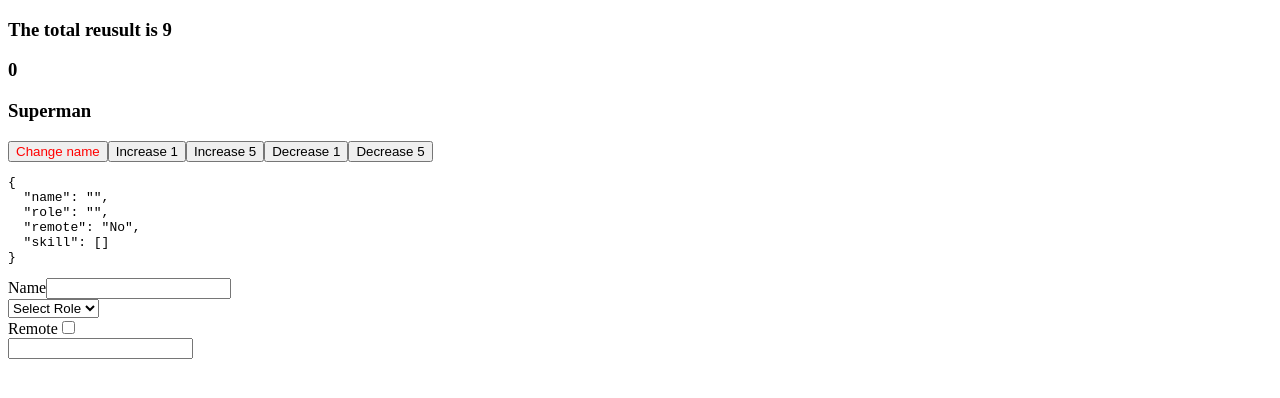
Repository: KZH2001/Vue_Practice
Page: / (app in Tutorial/)
An editor plug-in stored every save of this project. The page is shown before and after the next save, followed by the edit.
The browser window is 1280 px wide. The pictures show the whole page.
The project was rebuilt for these pictures with package versions that can differ from the ones it lists, and the page was loaded fresh each time. Also part of the build but not shown: Tutorial/vite.config.js.

Above is the page before, as saved 2026-01-19 23:11:05.

### Tutorial/src/App.vue


  <template>
  <h3>The total reusult is {{ add(2,3,4) }}</h3>
  <h3>{{ number  }}</h3>

  <h3>{{ name }}</h3>
  <button  v-bind:style="{color:color}" v-on:click="name = 'Batman'">Change name</button>
  <button @click="increaseNumber(1)">Increase 1</button>
  <button @click="increaseNumber(5)">Increase 5</button>
  <button @click="decreaseNumber(1)">Decrease 1</button>
  <button @click="decreaseNumber(5)">Decrease 5</button>

  <pre>{{ JSON.stringify(formValues, null, 2) }}</pre>


  <form action="">
    <label for="name">Name</label>
    <input v-model="formValues.name" id="name" type="text">
    <br>

    <select name="" id="" v-model="formValues.role">
      <option value="">Select Role</option>
      <option value="Web">Web</option>
      <option value="Network">Network</option>
    </select>
    <br>

    <label for="">Remote</label>
    <input v-model="formValues.remote" type="checkbox" true-value ="Yes" false-value="No">
    <br>
    <input type="text">
  </form>
  </template>

  <style scoped>

  </style>

  <script >
    export default{


      data(){
        return{
          name: 'Superman',
          color: 'red',
          number: 0,
          formValues: {
            name: '',
            role: '',
            remote: "No",
            skill: [],
          }
        }
      },
      methods: {
      add(a,b,c){
        return a+b+c
      },

      increaseNumber(num){
        this.number += num
      },

      decreaseNumber(num){
        this.number -= num
      }

    }

  }

  </script>

Loaded but not shown: Tutorial/index.html (common file); Tutorial/src/main.js (common file)

After the next save:
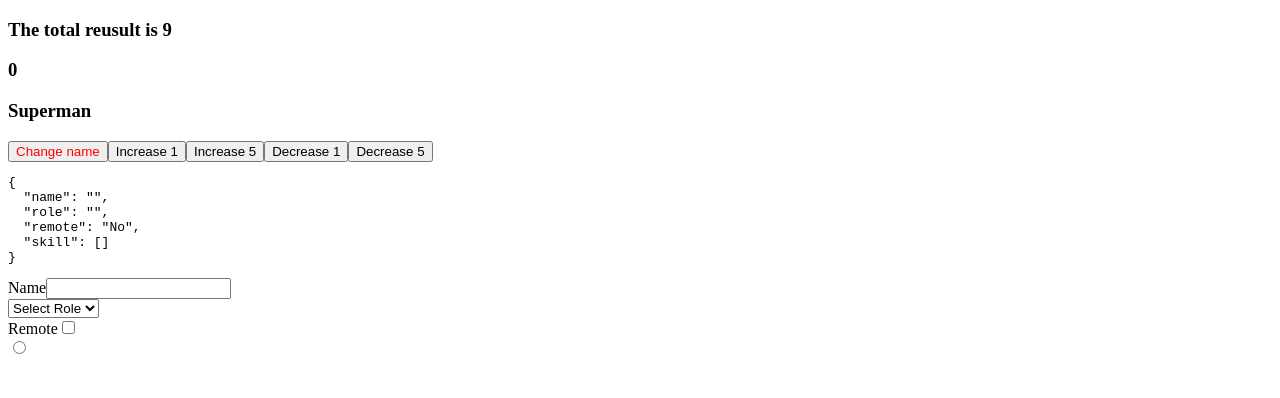
Saved 8 s later.
--- a/Tutorial/src/App.vue
+++ b/Tutorial/src/App.vue
@@ -29,7 +29,7 @@
     <label for="">Remote</label>
     <input v-model="formValues.remote" type="checkbox" true-value ="Yes" false-value="No">
     <br>
-    <input type="text">
+    <input type="radio">
   </form>
   </template>
 
